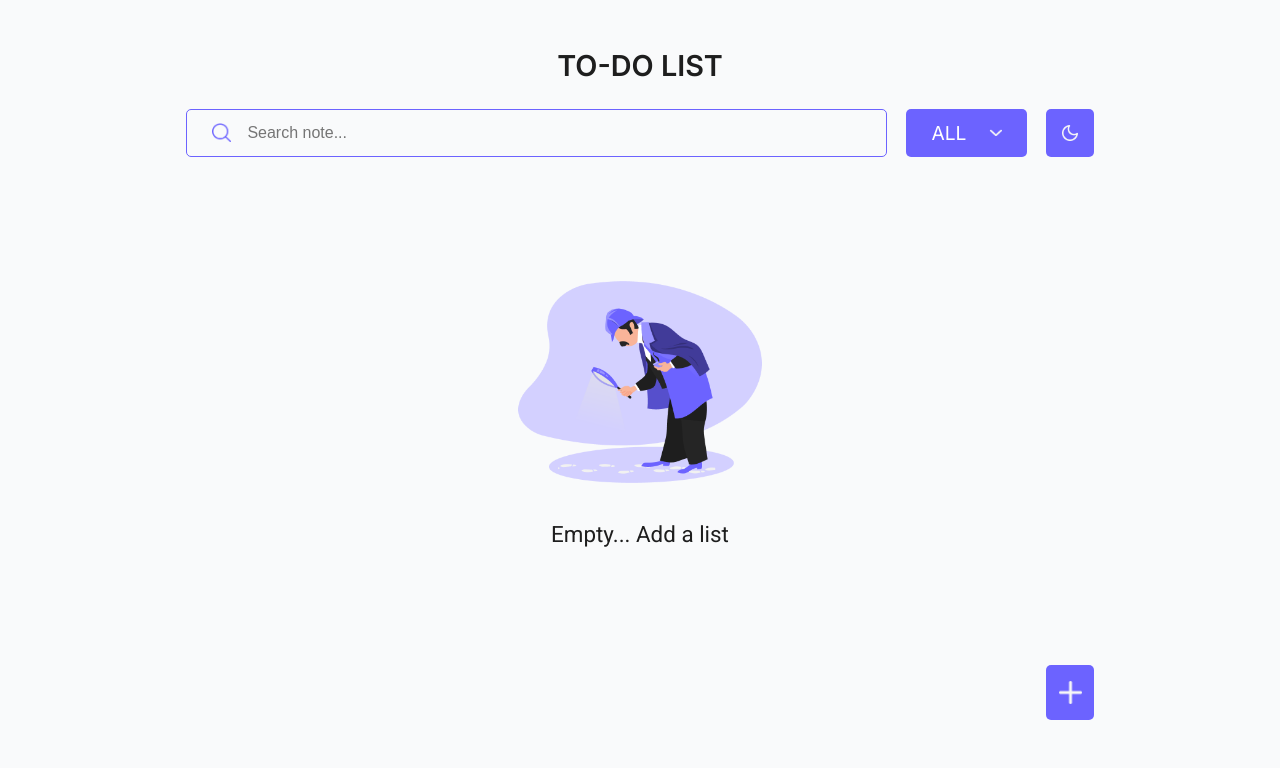
Repository: Marykeje/To-do-list
Page: index.html
An editor plug-in stored every save of this project. The page is shown before and after the next save, followed by the edit.
The browser window is 1280 px wide. The pictures show the whole page.
The style sheet was rebuilt from its Sass, Less or Tailwind sources for each picture, by a compiler version that may differ from the author's.

Above is the page before, as saved 2025-12-01 14:29:58.

After the next save:
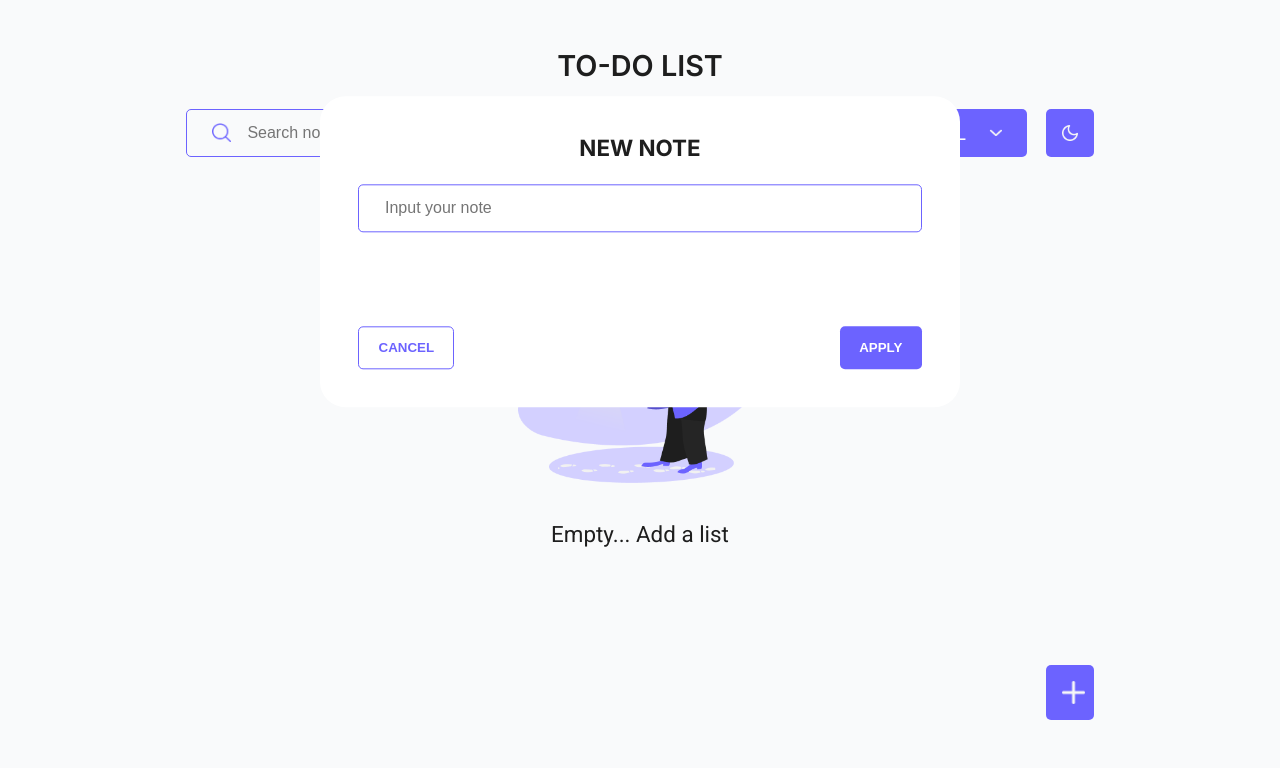
Saved 4 s later.
--- a/js/script.js
+++ b/js/script.js
@@ -33,3 +33,5 @@ function openModal() {
     const close = document.getElementById("close");
   }
 }
+
+openModal()

After the 3 saves that followed:
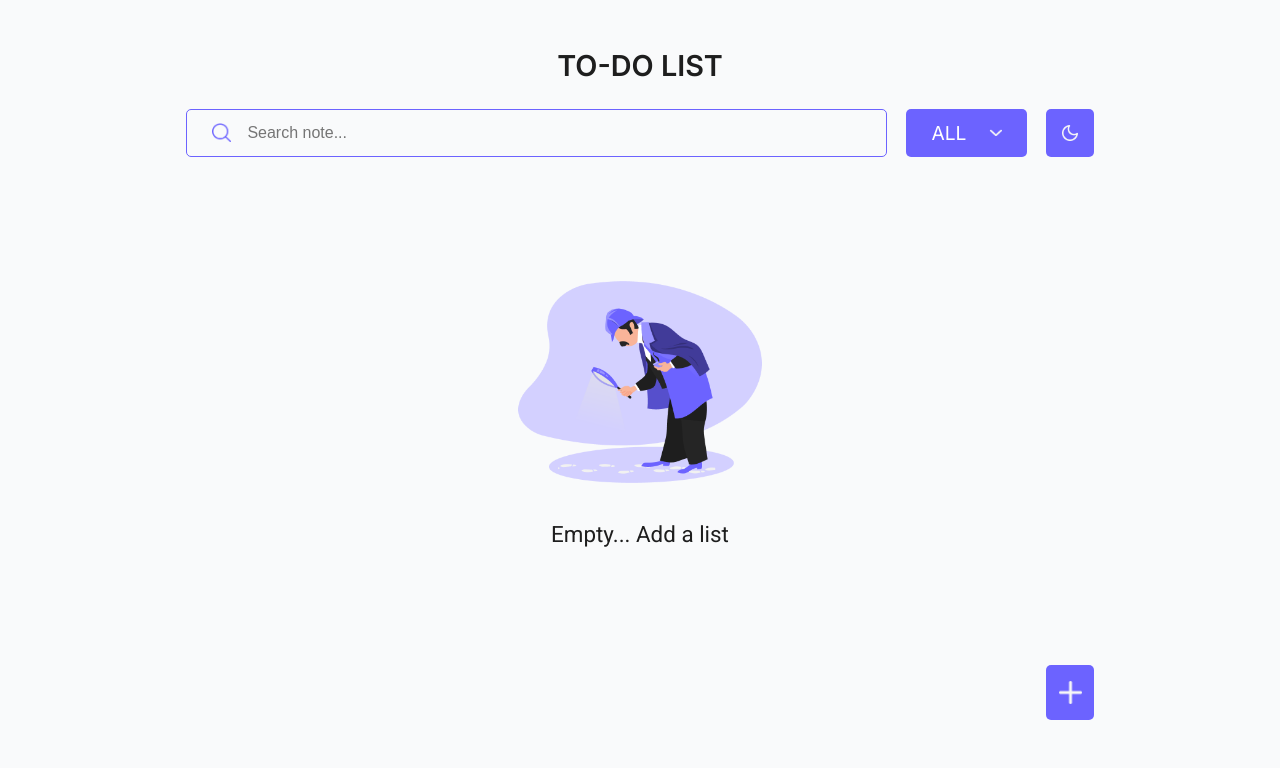
The 3 saves are shown as one change because 1 left the picture as it was and some came seconds apart.
The last was saved 97 s later.
--- a/index.html
+++ b/index.html
@@ -86,7 +86,7 @@
         </div>
       </div>
       <div class="btns">
-        <button class="btns__cancel" id="close" onclick="cancel">
+        <button class="btns__cancel" id="close" onclick="closeModal()">
           Cancel
         </button>
         <button class="btns__apply" id="apply">Apply</button>
--- a/js/script.js
+++ b/js/script.js
@@ -34,4 +34,4 @@ function openModal() {
   }
 }
 
-openModal()
+// openModal()
